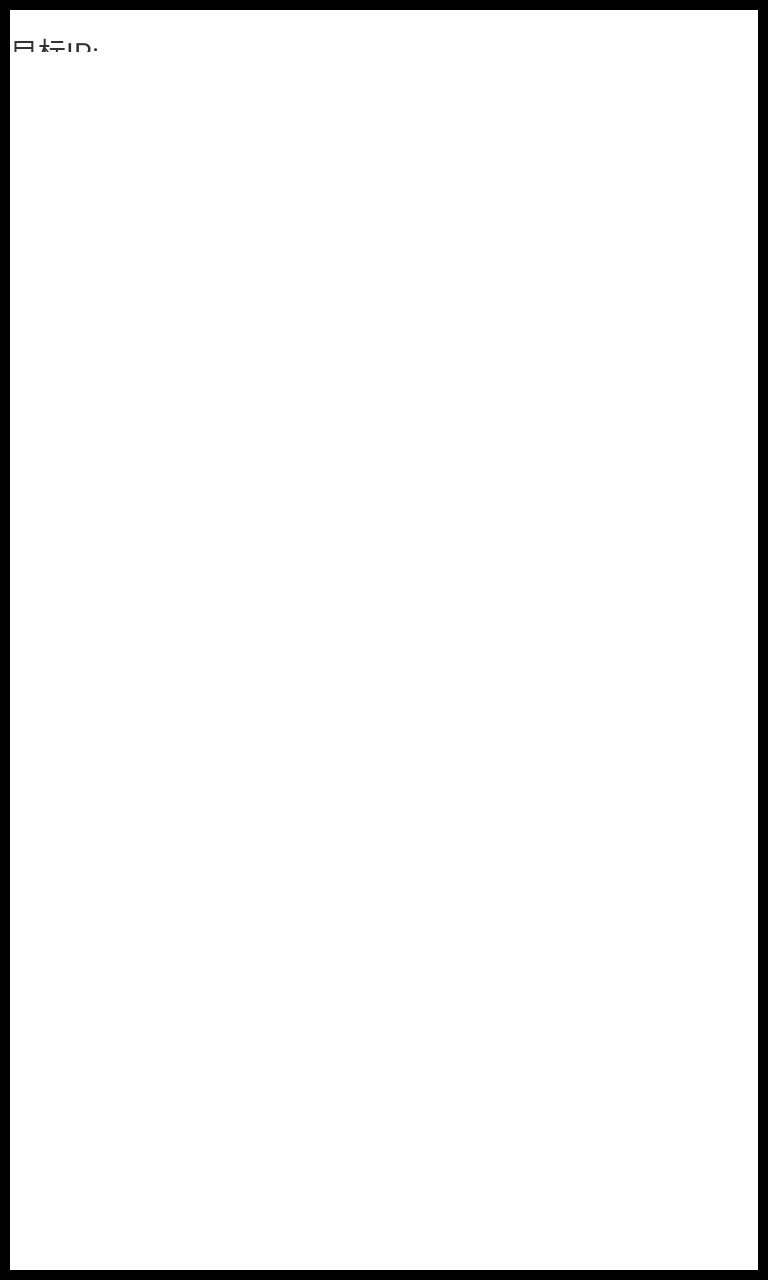
Repository: Ollyder/eclipse_work
Layout: WIFI_PM2.5(UI)/res/layout/activity_main.xml
An editor plug-in stored every save of this project. The layout is shown before and after the next save, followed by the edit.
It is drawn on a 768 x 1280 px phone screen (xhdpi) without system bars, with theme AppTheme; the app's code is not run.

Above is the layout before, as saved 2017-05-27 03:33:44.

After the next save:
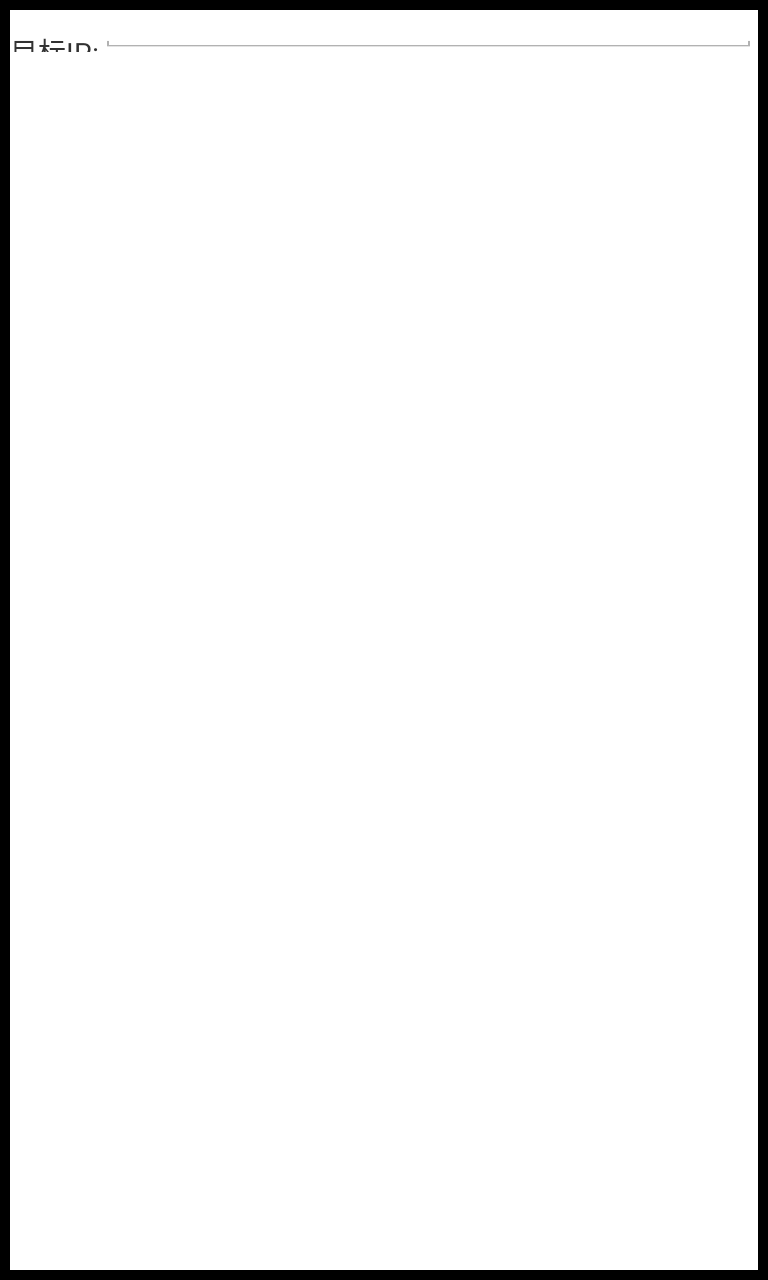
Saved 6 s later.
--- a/WIFI_PM2.5(UI)/res/layout/activity_main.xml
+++ b/WIFI_PM2.5(UI)/res/layout/activity_main.xml
@@ -26,7 +26,7 @@
         	<EditText
             	android:id="@+id/edit_view"
             	android:layout_width="0sp"
-            	android:layout_height="match_content"
+            	android:layout_height="match_parent"
             	android:layout_weight="1"/>
 
         </LinearLayout>
